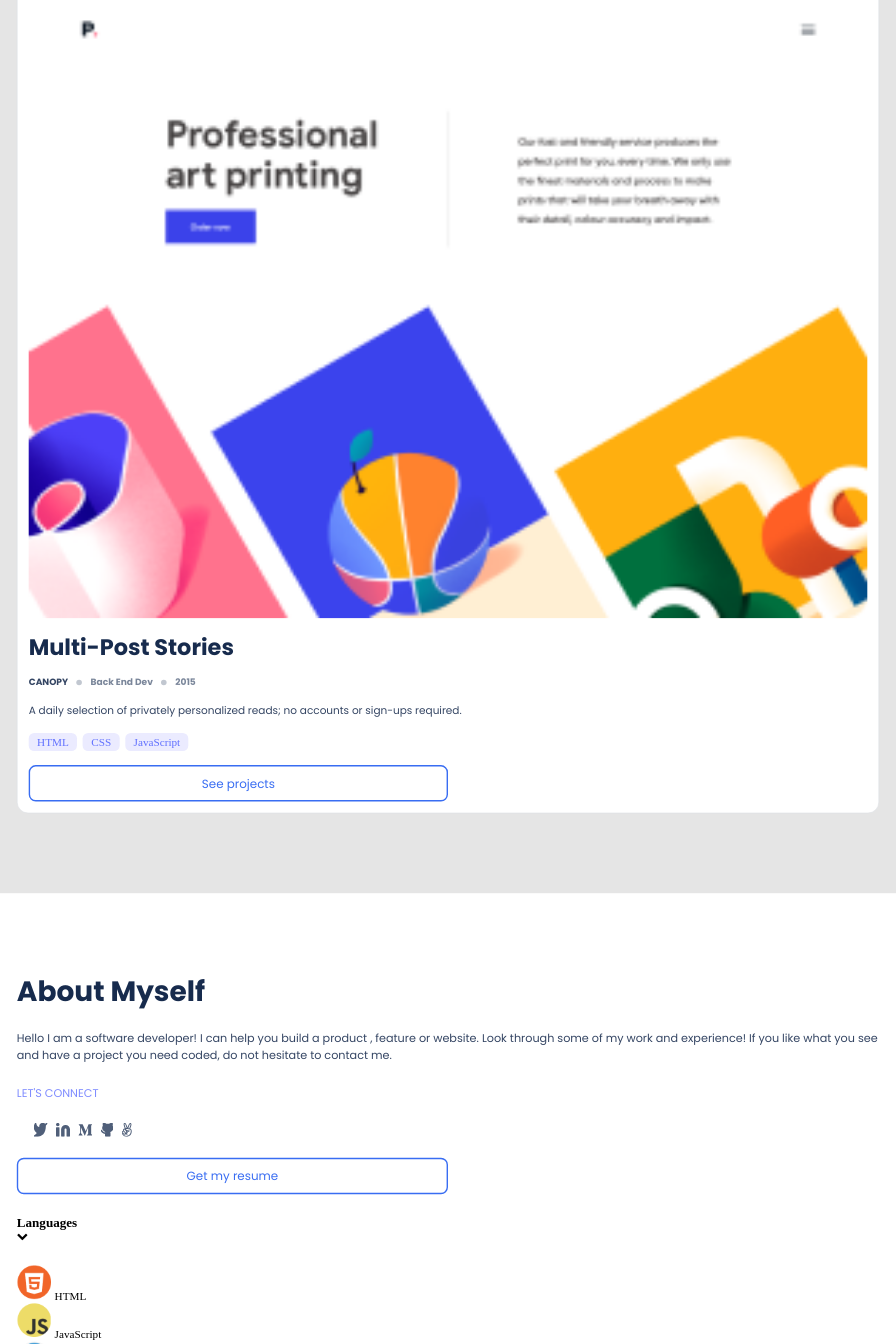
Repository: Paulinelali/potfoilo.github.io
Page: public/index.html
The author's editor kept a copy of each file at every save. The page is drawn from the files as they stood at one save, then again after a run of saves.
The browser window is 1280 px wide. The pictures show the part of the page from y = 4580 to 6500 px (the page is 7004 px tall before and 6986 px after), at 70% of full size.

Above is the page before, as saved 2023-03-31 08:10:33.

After the next 2 saves:
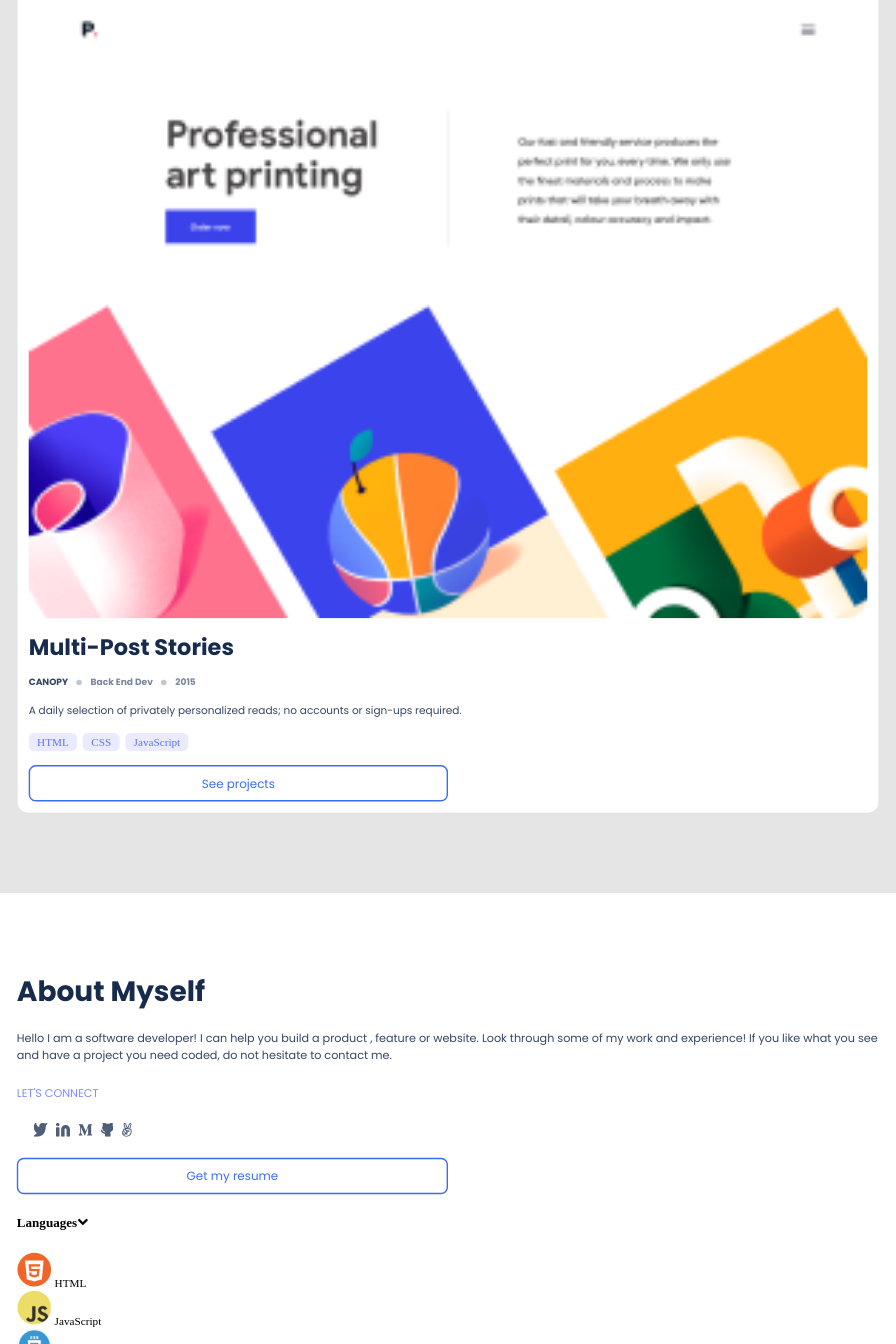
The 2 saves are shown as one change because they came seconds apart.
The last was saved 6 s later.
--- a/styles/style.css
+++ b/styles/style.css
@@ -216,5 +216,5 @@ color: #7F8CFF;
 }
 
 .language{
-  d
-}
+  display: flex;
+}
